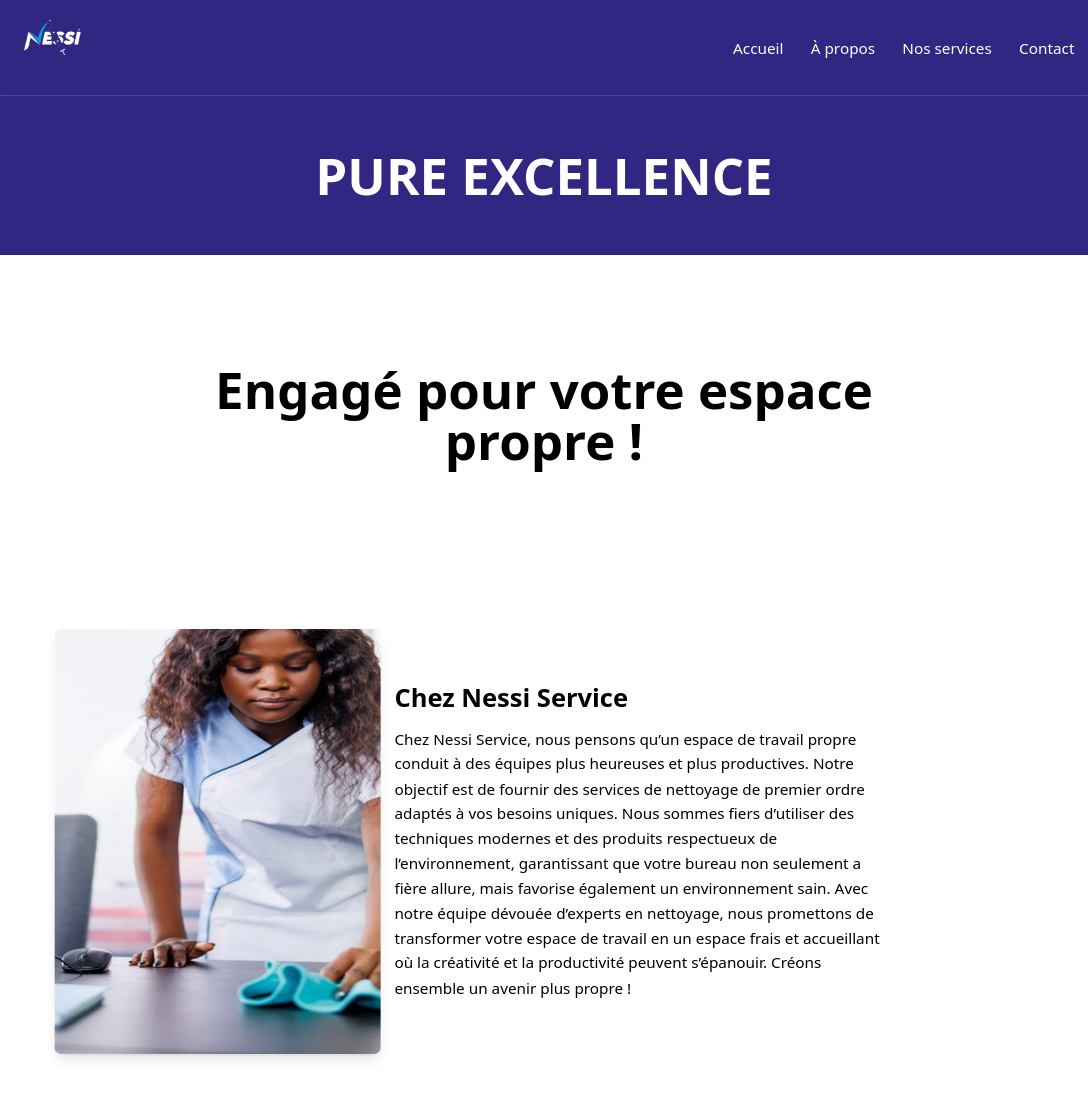
Repository: MDiouf9/Nessi
Page: /About
An editor plug-in stored every save of this project. The page is shown before and after the next save, followed by the edit.
The browser window is 1280 px wide. The pictures show the whole page, at 85% of full size.
The project was rebuilt for these pictures with package versions that can differ from the ones it lists, and the page was loaded fresh each time. Also part of the build but not shown: vite.config.js, src/Global.css, src/App.css, src/components/Footer.jsx, src/Pages/Home.jsx, src/Pages/NotFound.jsx, src/components/Countries.jsx, src/Pages/Services.jsx and 1 more.

Above is the page before, as saved 2025-03-10 18:12:17.

After the next save:
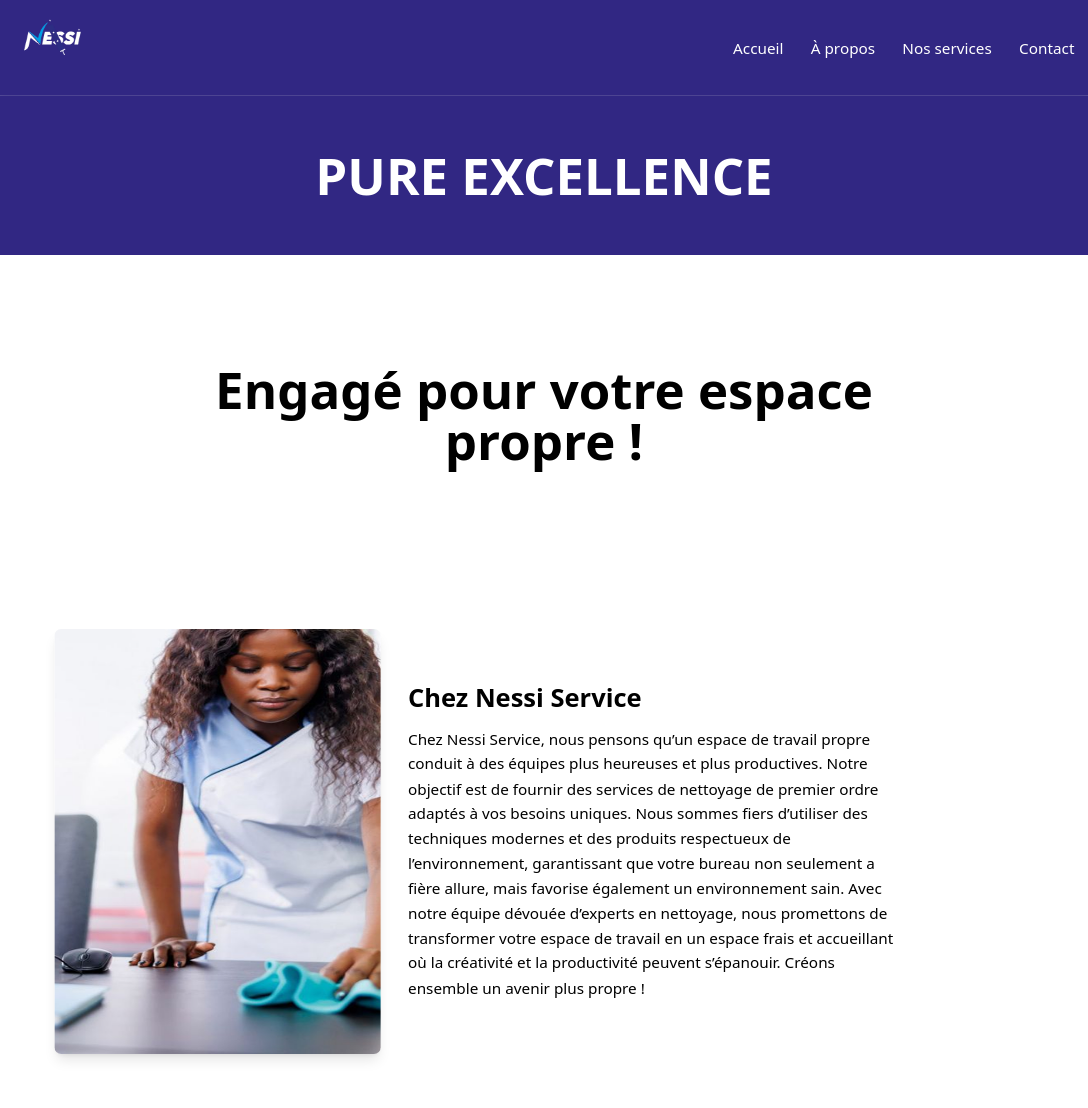
Saved 17 s later.
--- a/src/components/Sectionlesft.jsx
+++ b/src/components/Sectionlesft.jsx
@@ -1,7 +1,7 @@
 const SectionWithImage = ({ imageSrc, altText, title, content }) => {
     return (
       <section className="bg-white py-16 px-6 md:px-16">
-        <div className="container mx-auto flex flex-col md:flex-row items-center gap-4">
+        <div className="container mx-auto flex flex-col md:flex-row items-center gap-8">
           {/* Image à gauche */}
           <div className="md:w-1/3 flex justify-center items-center">
             <img src={imageSrc} alt={altText} className="w-full h-full max-h-[500px] object-center  rounded-lg shadow-lg" />
